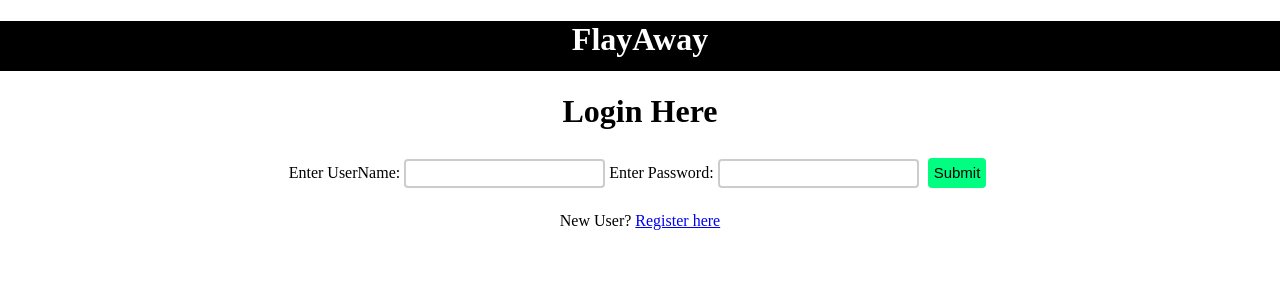
Repository: KartikMuchakandimath/Flyaway
Page: http://localhost/FlayAway/Login.jsp
These files come from the project's save history. The page is drawn as it stood at one moment and after the next save; the edit follows.
The browser window is 1280 px wide. The pictures show the whole page.
The page is served by Tomcat 9.

Above is the page before, as saved 2022-04-22 19:49:53.

After the next save:
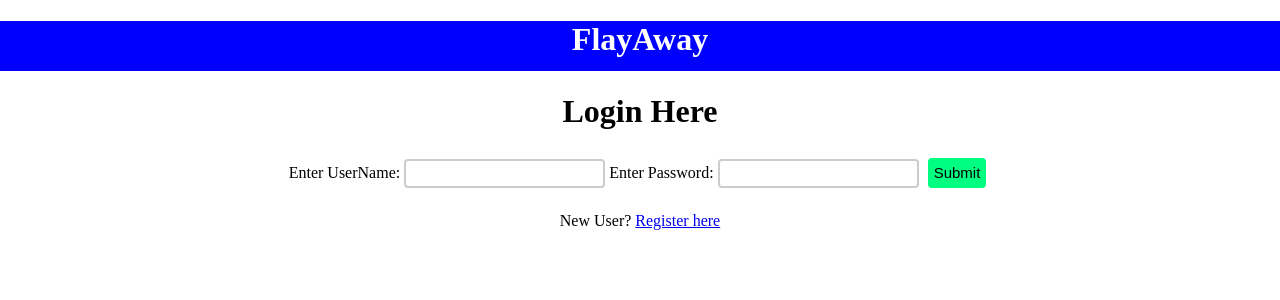
Saved 2 min 2 s later.
--- a/FlayAway/src/main/webapp/Login.jsp
+++ b/FlayAway/src/main/webapp/Login.jsp
@@ -11,7 +11,7 @@ margin : 0;
 padding : 0;
 }
 .head{
-background-color : #000;
+background-color : #0000FF;
 color : #fff;
 height : 50px;
 }
